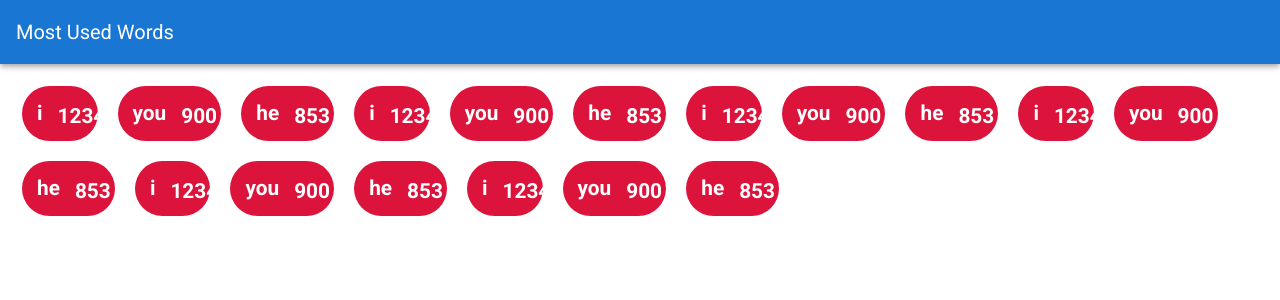
Repository: WillianPer/MOST-USED-WORDS
Page: /
These files come from the project's save history. The page is drawn as it stood at one moment and after the next save; the edit follows.
The browser window is 1280 px wide. The pictures show the whole page.
The project was rebuilt for these pictures with package versions that can differ from the ones it lists, and the page was loaded fresh each time. Also part of the build but not shown: vue.config.js.

Above is the page before, as saved 2022-09-05 22:04:25.

After the next save:
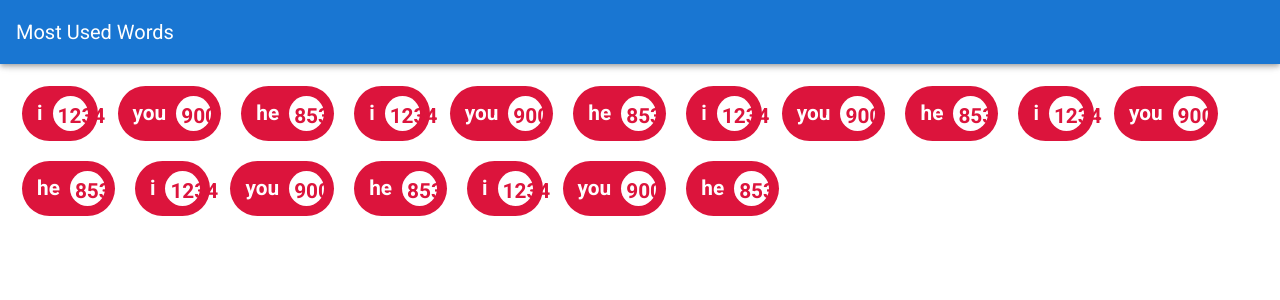
Saved 70 s later.
--- a/src/components/PillVue.vue
+++ b/src/components/PillVue.vue
@@ -36,5 +36,8 @@ export default {
       height: 35px;
       width: 35px;
       border-radius: 18px;
+
+      background-color: #fff;
+      color: crimson;
     }
 </style>
